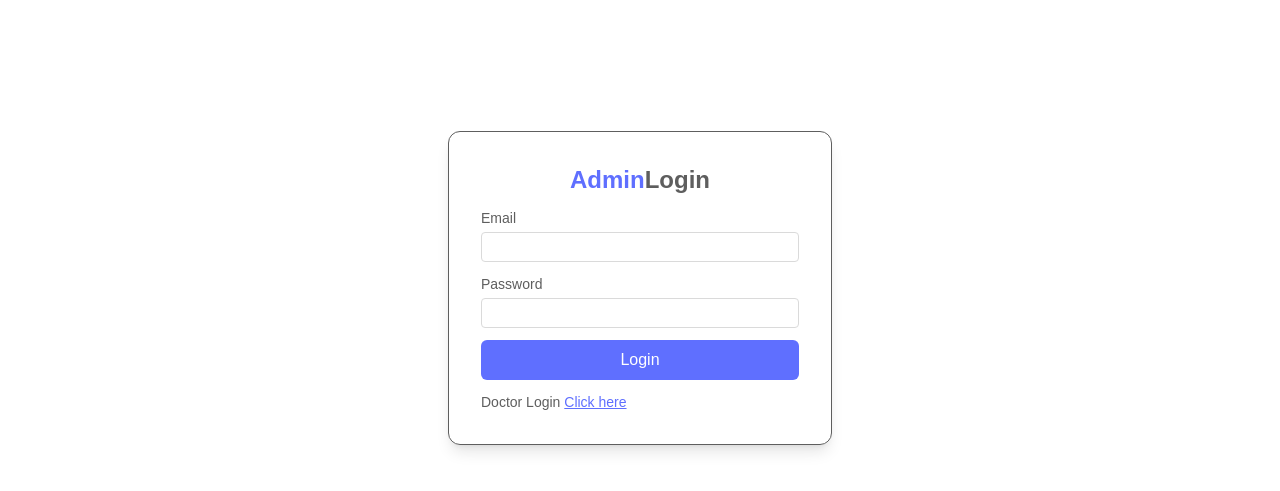
Repository: amol03051999/Prescripto
Page: / (app in admin/)
These files come from the project's save history. The page is drawn as it stood at one moment and after a run of saves; the edit follows.
The browser window is 1280 px wide. The pictures show the whole page.
The project was rebuilt for these pictures with package versions that can differ from the ones it lists, and the page was loaded fresh each time. Also part of the build but not shown: admin/vite.config.js, admin/src/components/Navbar.jsx, admin/src/components/Sidebar.jsx, admin/src/pages/Admin/Dashboard.jsx, admin/src/pages/Admin/AllAppointments.jsx, admin/src/pages/Admin/AddDoctor.jsx, admin/src/pages/Admin/DoctorList.jsx, admin/src/pages/Doctor/DoctorDashboard.jsx and 2 more.

Above is the page before, as saved 2025-11-07 13:19:41.

### admin/src/main.jsx
import { StrictMode } from "react";
import { createRoot } from "react-dom/client";
import "./index.css";
import App from "./App.jsx";
import { BrowserRouter } from "react-router-dom";
import AdminContextProvider from "./context/AdminContext.jsx";
import DoctorContextProvider from "./context/DoctorContext.jsx";
import AppContextProvider from "./context/AppContext.jsx";

createRoot(document.getElementById("root")).render(
  <BrowserRouter>
    <AdminContextProvider>
      <DoctorContextProvider>
        <AppContextProvider>
          <App />
        </AppContextProvider>
      </DoctorContextProvider>
    </AdminContextProvider>
  </BrowserRouter>
);

### admin/src/index.css
@import "tailwindcss";
@import url('https://fonts.googleapis.com/css2?family=Outfit:wght@100..900&display=swap');

* {
  font-family: "Outfit", sans-serif;
}

/* ✅ Define theme variables using @theme */
@theme {
  --color-primary: #5F6FFF;
}

/* ❌ @apply doesn't work inside pseudo-elements */
/* ✅ Use plain CSS to hide scrollbars */
::-webkit-scrollbar {
  display: none;
}

html {
  scrollbar-width: none; /* for Firefox */
}

### admin/src/App.jsx
import React, { useContext } from 'react'
import Login from './pages/Login'
  import { ToastContainer, toast } from 'react-toastify';
import { AdminContext } from './context/AdminContext';
import Navbar from './components/Navbar';
import Sidebar from './components/Sidebar';
import { Route,Routes } from 'react-router-dom';
import Dashboard from './pages/Admin/Dashboard';
import AllAppointments from './pages/Admin/AllAppointments';
import AddDoctor from './pages/Admin/AddDoctor';
import DoctorList from './pages/Admin/DoctorList';
import { DoctorContext } from './context/DoctorContext';
import DoctorDashboard from './pages/Doctor/DoctorDashboard';
import DoctorAppointments from './pages/Doctor/DoctorAppointments';
import DoctorProfile from './pages/Doctor/DoctorProfile';


const App = () => {

  const {aToken} = useContext(AdminContext)
  const {dToken} = useContext(DoctorContext)

  return aToken || dToken ? (
    <div className='bg-[#F8F9FD]'>
    <ToastContainer/>
    <Navbar/>
    <div className='flex items-start'>
      <Sidebar/>
      <Routes>
      {/*Admin Route */}
        <Route path='/' element={<></>}/>
        <Route path='/admin-dashboard' element={<Dashboard/>}/>
        <Route path='/all-appointments' element={<AllAppointments/>}/>
        <Route path='/add-doctor' element={<AddDoctor/>}/>
        <Route path='/doctor-list' element={<DoctorList/>}/>

        {/* Doctor Route */}
        <Route path='/doctor-dashboard' element={<DoctorDashboard/>}/>
        <Route path='/doctor-appointments' element={<DoctorAppointments/>}/>
        <Route path='/doctor-profile' element={<DoctorProfile/>}/>

      </Routes>
    </div>
    </div>
  ) : (
    <>
        <Login/>
    <ToastContainer/>
    </>
  )
}

export default App

### admin/src/context/AdminContext.jsx
import { createContext, useState } from "react";
import axios from 'axios'
import {toast} from 'react-toastify'

export const AdminContext = createContext();

const AdminContextProvider = (props) =>{

  const [aToken,setAToken] = useState(localStorage.getItem('aToken')? localStorage.getItem('aToken'):'' )
  const [doctors,setDoctors] = useState([]);
  const [appointments,setAppointments] = useState([]);
  const [dashData,setDashData] = useState(false);

  const backendUrl = import.meta.env.VITE_BACKEND_URL

  const getAllDoctors = async () => {
    try{

      const {data} = await axios.post(backendUrl + '/api/admin/all-doctors',{},{headers:{aToken}})
      if(data.success){
        setDoctors(data.doctors)
        console.log(data.doctors)
      }else{
        toast.error(data.message)
      }
    }catch(error){
      toast.error(error.message)
    }
  }

  const changeAvailability = async (docId) => {
    try{

      const {data} = await axios.post(backendUrl + '/api/admin/change-availability',{docId},{headers:{aToken}})
      if(data.success){
        toast.success(data.message)
        getAllDoctors()
      }else{
        toast.error(data.message)
      }
    }catch(error){
      toast.error(error.message)
    }
  }

  const getAllAppointments = async () => {
    try{
      const {data} = await axios.get(backendUrl + '/api/admin/appointments',{headers:{aToken}});

      if(data.success){
        setAppointments(data.appointments);
        console.log(data.appointments)
      }else{
        toast.error(data.message)
      }

    }catch(error){
      toast.error(error.message)
    }
  }

  const cancelAppointment = async(appointmentId) => {

    try{

      const {data} = await axios.post(backendUrl + '/api/admin/cancel-appointment',{appointmentId},{headers:{aToken}})
      if(data.success){
        toast.success(data.message);
        getAllAppointments();
      }else{
        toast.error(data.message);
      }

    }catch(error){
       console.log("Error while cancelling appointment",error)
       toast.error(error.message)
  }
}

const getDashData = async () => {
  try{
    const {data} = await axios.get(backendUrl + '/api/admin/dashboard',{headers:{aToken}})
    if(data.success){
      setDashData(data.dashData)
      console.log(data.dashData)
    }else{
      toast.error(data.message)
    }

  }catch(error){
    toast.error(error.message);
  }
}

    const value = {
      aToken ,setAToken,
      backendUrl,doctors,
      getAllDoctors,changeAvailability,
      appointments,setAppointments,
      getAllAppointments,
      cancelAppointment,
      dashData,
      getDashData,



    }
    return(
        <AdminContext.Provider value={value}>
          {props.children}
        </AdminContext.Provider>
    )
}

export default AdminContextProvider

### admin/src/context/DoctorContext.jsx
import { useState } from "react";
import { createContext } from "react";

export const DoctorContext = createContext();

const DoctorContextProvider = (props) =>{

  const backendUrl =import.meta.env.VITE_BACKEND_URL

  const [dToken, setDToken] = useState(localStorage.getItem('dToken')? localStorage.getItem('dToken'):'' )

  const [appointments,seAppointments] = useState([]);

    const value = {
      dToken,setDToken,
      backendUrl,

    }
    return(
        <DoctorContext.Provider value={value}>
          {props.children}
        </DoctorContext.Provider>
    )
}

export default DoctorContextProvider

### admin/src/context/AppContext.jsx
import { createContext } from "react";

export const AppContext = createContext();

const AppContextProvider = (props) =>{

   const currency = '$'

  const calculateAge = (dob) => {
    const today = new Date();
    const birthDate = new Date(dob);
    let age = today.getFullYear() - birthDate.getFullYear();
    return age;

  }
   const months = ['Jan','Feb','Mar','Apr','May','Jun','Jul','Aug','Sep','Oct','Nov','Dec'];

  const slotDateFormat = (slotDate) => {
    const dateArray = slotDate.split('_');
    return dateArray[0] + " " + months[Number(dateArray[1] - 1)  ] + " " + dateArray[2];
  }


    const value = {
      calculateAge,
      slotDateFormat,currency,

    }
    return(
        <AppContext.Provider value={value}>
          {props.children}
        </AppContext.Provider>
    )
}

export default AppContextProvider

### admin/src/pages/Login.jsx
import React, { useContext } from 'react'
import {assets} from '../assets/assets'
import { useState } from 'react';
import { AdminContext } from '../context/AdminContext';
import axios from 'axios'
import { toast } from 'react-toastify';
import { DoctorContext } from '../context/DoctorContext';

const Login = () => {

  const [state,setState] = useState('Admin');
  const [email,setEmail] = useState('')
  const [password,setPassword] = useState('')

  const {setAToken,backendUrl} = useContext(AdminContext)
  const {setDToken} = useContext(DoctorContext)

  const onSubmitHandler = async (event) =>{
      event.preventDefault()

      try{
        if(state === 'Admin'){

          const {data} = await axios.post(backendUrl + '/api/admin/login',{email,password})
          if(data.success){
            localStorage.setItem('aToken',data.token)
            setAToken(data.token)
          }else{
            toast.error(data.message)
          }

        }else{

             const {data} = await axios.post(backendUrl + '/api/doctor/login',{email,password })
          if(data.success){
            localStorage.setItem('dToken',data.token)
            setDToken(data.token)
            console.log(data.token)
          }else{
            toast.error(data.message)
          }


        }
      }catch(err){

      }
  }








  return (
    <form onSubmit={onSubmitHandler} className='min-h-[80vh] flex items-center'>
    <div className='flex flex-col gap-3 m-auto items-start p-8 min-w-[340px] sm:min-w-96 border rounded-xl text-[#5E5E5E] text-sm shadow-lg'>
       <p className='text-2xl font-semibold m-auto'><span className='text-primary'>{state}</span>Login</p>
       <div className='w-full'>
        <p>Email</p>
        <input onChange={(e)=> setEmail(e.target.value)} value={email} className='border border-[#DADADA] rounded w-full pt-2 mt-1' type='email' required/>
       </div>
       <div className='w-full'>
        <p>Password</p>
        <input onChange={(e)=> setPassword(e.target.value)} value={password} className='border border-[#DADADA] rounded w-full pt-2 mt-1' type='password' required/>
       </div>
       <button className='bg-primary text-white w-full py-2 rounded-md text-base cursor-pointer'>Login</button>
       {
        state === 'Admin'
        ? <p>Doctor Login <span className='text-primary underline cursor-pointer' onClick={()=>setState('Doctor')}>Click here</span></p>
        :<p>Admin Login? <span className='text-primary underline cursor-pointer' onClick={()=>setState('Admin')}>Click here</span></p>
       }
    </div>
    </form>
  )
}

export default Login

### admin/src/assets/assets.js
import add_icon from './add_icon.svg'
import admin_logo from './admin_logo.svg'
import appointment_icon from './appointment_icon.svg'
import cancel_icon from './cancel_icon.svg'
import doctor_icon from './doctor_icon.svg'
import home_icon from './home_icon.svg'
import people_icon from './people_icon.svg'
import upload_area from './upload_area.svg'
import list_icon from './list_icon.svg'
import tick_icon from './tick_icon.svg'
import appointments_icon from './appointments_icon.svg'
import earning_icon from './earning_icon.svg'
import patients_icon from './patients_icon.svg'

export const assets = {
    add_icon,
    admin_logo,
    appointment_icon,
    cancel_icon,
    doctor_icon,
    upload_area,
    home_icon,
    patients_icon,
    people_icon,
    list_icon,
    tick_icon,
    appointments_icon,
    earning_icon
}

Loaded but not shown: admin/index.html (common file)

After the next 3 saves:
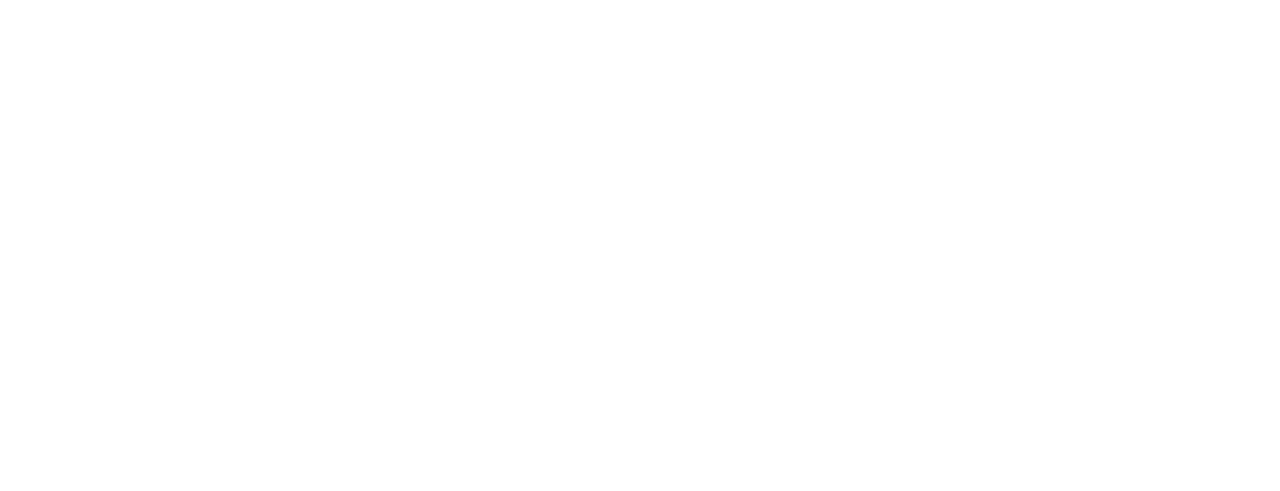
Console error: ReferenceError: async is not defined
The 3 saves are shown as one change because 1 did not build or start and some came seconds apart.
The last was saved 15 s later.
--- a/admin/src/context/DoctorContext.jsx
+++ b/admin/src/context/DoctorContext.jsx
@@ -11,6 +11,7 @@
 
   const [appointments,seAppointments] = useState([]);
 
+  const getAppointment = async ()
     const value = {
       dToken,setDToken,
       backendUrl,

After the 4 saves that followed:
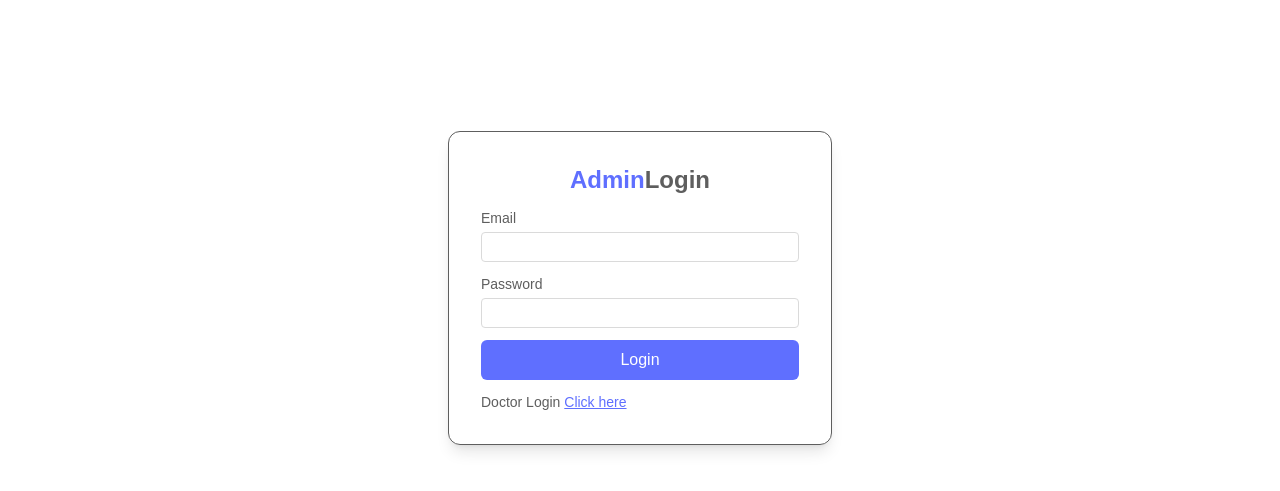
The error is gone.
The 4 saves are shown as one change because 1 did not build or start and some came seconds apart.
The last was saved 13 s later.
--- a/admin/src/context/DoctorContext.jsx
+++ b/admin/src/context/DoctorContext.jsx
@@ -11,7 +11,13 @@
 
   const [appointments,seAppointments] = useState([]);
 
-  const getAppointment = async ()
+  const getAppointment = async () => {
+    try{
+
+    }catch(error){
+
+    }
+  }
     const value = {
       dToken,setDToken,
       backendUrl,
